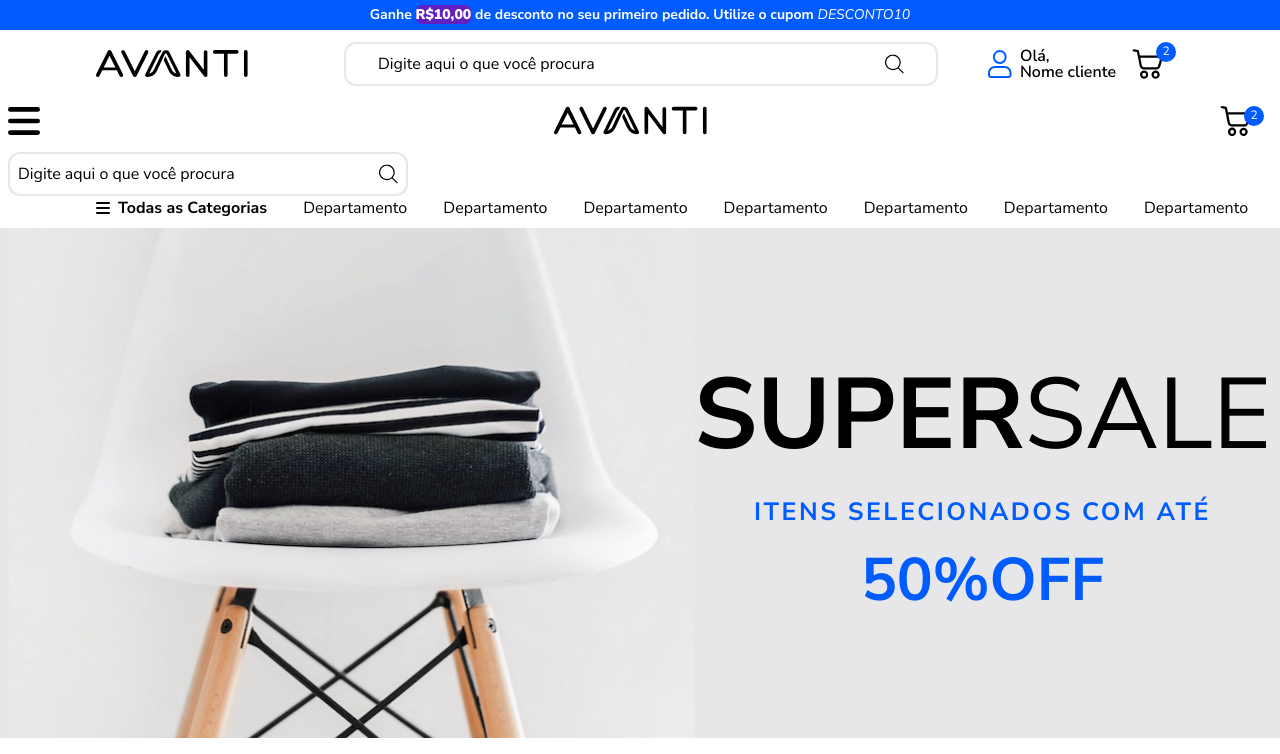
Repository: chidekina/avanti-01
Page: index.html
The author's editor kept a copy of each file at every save. The page is drawn from the files as they stood at one save, then again after the next save.
The browser window is 1280 px wide. The pictures show the part of the page from y = 0 to 754 px (the page is 4170 px tall before and 4080 px after).
A picture or video elsewhere on the page could not be fetched, so the positions and the page height are approximate.

Above is the page before, as saved 2025-04-15 14:39:18.

### index.html
<!DOCTYPE html>
<html lang="en">
  <head>
    <meta charset="UTF-8" />
    <meta name="viewport" content="width=device-width, initial-scale=1.0" />
    <script src="https://cdn.jsdelivr.net/npm/@tailwindcss/browser@4"></script>
    <link rel="preconnect" href="https://fonts.googleapis.com" />
    <link rel="preconnect" href="https://fonts.gstatic.com" crossorigin />
    <link href="https://fonts.googleapis.com/css2?family=Nunito+Sans:ital,opsz,wght@0,6..12,200..1000;1,6..12,200..1000&family=Nunito:ital,wght@0,200..1000;1,200..1000&display=swap" rel="stylesheet" />
    <title>Avanti</title>
    <link rel="icon" type="image" href="./assets/avanti-icon.svg" />
    <link rel="stylesheet" href="style.css" />
    <link rel="stylesheet" href="https://cdn.jsdelivr.net/npm/swiper/swiper-bundle.min.css">
  </head>
  <body>
    <header class="mb-2">
      <h1 class="flex justify-center items-center bg-(--primary-color) text-white text-sm h-[30px] font-bold max-md:text-[12px] max-md:text-center max-md:px-6 max-md:h-[52px]">
        <span>
        Ganhe
        <b class=" bg-(--secondary-color) heigth-[16px] w-[64px] rounded-md">R$10,00</b>
        de desconto no seu primeiro pedido. Utilize o cupom
        <i class="font-normal">DESCONTO10</i>
        </span>
      </h1>
      <div class="mt-3 mb-5 px-24 flex justify-between w-full max-md:hidden">
        <div class="flex gap-24">
          <img src="./assets/logo.svg" alt="Avanti Logo" class="w-[152px]" />
            <div class="flex justify-between py-2 border-2 border-solid border-(--bg-color) px-8 rounded-xl cursor-text w-[594px]">
              <input type="text" placeholder="Digite aqui o que você procura" class="placeholder-black outline-none focus:placeholder-transparent w-1/2" />
              <img src="./assets/search.svg" />
            </div>
        </div>
        <div class="flex gap-4">
          <div class="flex gap-2 items-center">
            <img src="./assets/user.svg" alt="icone do usuario" class="w-[24px]" />
            <h6 class="leading-none font-semibold">
              Olá,<br />
              Nome cliente
            </h6>
          </div>
          <div class="flex">
            <img src="./assets/cart.svg" alt="imagem de um carrinho de compras" class="w-[32px]" />
            <div class="relative bg-(--primary-color) w-[20px] h-[20px] text-center text-white text-[12px] rounded-full right-2">2</div>
          </div>
        </div>
      </div>
      <div class="min-lg">
        <div class="flex justify-between my-4 mx-2">
          <img src="./assets/menu-hamburger.svg" alt="menu hamburguer" class="w-8">
          <img src="./assets/logo.svg" alt="logo da Avanti">
          <div class="flex">
            <img src="./assets/cart.svg" alt="imagem de um carrinho de compras" class="w-[32px]" />
            <div class="relative bg-(--primary-color) w-[20px] h-[20px] text-center text-white text-[12px] rounded-full right-2">2</div>
          </div>
        </div>
        <div class="flex justify-between py-2 border-2 border-solid border-(--bg-color) px-2 rounded-xl cursor-text w-100 mx-2">
          <input type="text" placeholder="Digite aqui o que você procura" class="placeholder-black outline-none focus:placeholder-transparent w-4/5" />
          <img src="./assets/search.svg" />
        </div>
      </div>
      <div class="flex px-24 w-full max-md:hidden">
        <ul class="flex gap-9" id="department-list">
          <li  id="menu-button">
          <a href="#">
            <div class="flex gap-2 w-max">
              <img src="./assets/menu-hamburger.svg" alt="menu hamburguer" />
              <h5 class="font-bold">Todas as Categorias</h5>
            </div>
          </a>
        </li>
        </ul>
      </div>
      <div class="flex mx-24 my-2 w-[1200px] h-[320px] bg-white rounded-md px-4 hidden" id="department-content">
       <div id="department-number">
        <div class="flex gap-20" id="department-content-list">
      </div>
      </div>
        <div class="flex flex-col relative left-146 my-2 w-[236px] justify-center bg-[url(/assets/mini-banner.svg)] bg-no-repeat mr-2 px-4 gap-4">
          <h1 class="text-[24px] text-white z-2">
            Confira os<br>
            Produtos<br>
            <b>Que<br>
            acabaram<br>
            De chegar<br></b>
          </h1>
          <a class=" flex justify-center items-center text-white font-bold border-1 z-2 rounded-lg w-[112px] text-[12px] h-[38px]">
            VER TODOS
          </a>
        </div>
      </div>
      <div class="flex mx-24 my-2 w-[1200px] h-[320px] bg-white rounded-md hidden" id="dropdown-content">
        <ul class="flex flex-col gap-2 bg-(--bg-lighter) overflow-y-scroll w-1/5 rounded-md px-4 py-2" id="categories-list">
        </ul>
        <div class="flex flex-col relative left- my-2 w-[236px] justify-center bg-[url(/assets/mini-banner.svg)] bg-no-repeat mr-2 px-4 gap-4">
          <h1 class="text-[24px] text-white z-2">
            Confira os<br>
            Produtos<br>
            <b>Que<br>
            acabaram<br>
            De chegar<br></b>
          </h1>
          <a class=" flex justify-center items-center text-white font-bold border-1 z-2 rounded-lg w-[112px] text-[12px] h-[38px]">
            VER TODOS
          </a>
        </div>
      </div>
    </header>
    <main>
      <section class="flex justify-center items-center w-full height-[510px] bg-(--bg-color) font-(--font-secondary)">
        <img src="./assets/chair.svg" alt="Foto de uma cadeira com roupas dobradas em cima" />
        <div class="flex flex-col gap-1 text-center">
          <h1 class="text-[100px]"><b>SUPER</b>SALE</h1>
          <h4 class="text-[25px] text-(--primary-color) font-bold tracking-widest">ITENS SELECIONADOS COM ATÉ</h4>
          <h4 class="text-[60px] text-(--primary-color) font-bold">50%OFF</h4>
        </div>
      </section>
<carousel-section></carousel-section>
      </section>
  <description-section></description-section>
  <section class="flex w-full bg-(--bg-light) px-[200px] py-[42px] font-(--font-secondary) my-[40px]">
    <div class="text-center text-(--text-color) w-1/2 mr-5">
      <h1 class="text-[30px] font-bold mb-10">
        Lorem ipsum
      </h1>
      <ul class="flex flex-col text-start gap-15">
        <li class="flex gap-6">
          <img src="./assets/pin.svg">
          <p>
            Aenean massa. Cum sociis natoque penatibus et magnis dis parturient montes, nascetur ridiculus mus. Donec quam felis, ultricies nec, pellentesque eu, pretium quis, sem.
          </p>
        </li>
        <li class="flex gap-6">
          <img src="./assets/pin.svg">
          <p>
            Aenean massa. Cum sociis natoque penatibus et magnis dis parturient montes, nascetur ridiculus mus. Donec quam felis, ultricies nec, pellentesque eu, pretium quis, sem.
          </p>
        </li>
        <li class="flex gap-6">
          <img src="./assets/pin.svg">
          <p>
            Aenean massa. Cum sociis natoque penatibus et magnis dis parturient montes, nascetur ridiculus mus. Donec quam felis, ultricies nec, pellentesque eu, pretium quis, sem.
          </p>
        </li>
      </ul>
    </div>
    <img src="./assets/banner.svg" alt="Foto da caneca da Avanti sobre uma tabua de vegetais" class="w-1/2">
  </section>
  <section>
  <description-section></description-section>
  <carousel-section></carousel-section>

  </section>
  <section>
    <img src="./assets/banner2.svg" alt="Foto da entrada da loja da Avanti" />
    <div class="absolute h-[126px] bg-(--primary-color) w-full bottom-[-3080px] text-white text-[30px] font-(--font-secondary)">
      <h1 class="flex justify-center h-full items-center">Entre em contato conosco e verifique a disponibilidade para sua região!</h1>
    </div>
  </section>
  <section class="flex flex-col my-[50px] gap-6 items-center">
    <h2 class="font-bold text-center text-[20px]">
      Cadastre-se na nossa <b class="text-(--primary-color)">newsletter</b>
    </h2>
    <div class="flex w-[1260px] h-[170px] items-center justify-center bg-(--bg-light) rounded-lg gap-6">
      <input type="text" placeholder="Digite seu nome" class="outline-none rounded-lg bg-white placeholder:text-black w-[260px] h-[48px] focus:placeholder-transparent pl-4"/>
      <input type="text" placeholder="Digite seu e-mail" class="outline-none rounded-lg bg-white placeholder:text-black w-[260px] h-[48px] focus:placeholder-transparent pl-4"/>
      <div class="flex gap-1">
      <input type="checkbox" />
      <h5 class="text-(--sub-text) text-[12px] font-bold">Estou de acordo com a <a href="#" class="underline">Política de Privacidade</a></h5>
    </div>
    </div>
  </section>
  <section class="text-center px-[200px] py-[64px] bg-(--bg-lighter)">
    <div class="flex justify-around mb-10">
    <div class="flex flex-col gap-5">
      <img src="./assets/logo.svg" alt="Logo Avanti" />
      <ul class="flex gap-5 justify-around items-center">
        <li>
          <a href="#">
            <img src="./assets/social-links/instagram.svg" alt="Logo do instagram" />
          </a>
        </li>
        <li>
          <a href="#">
            <img src="./assets/social-links/facebook.svg" alt="Logo do instagram" />
          </a>
        </li>
        <li>
          <a href="#">
            <img src="./assets/social-links/youtube.svg" alt="Logo do instagram" />
          </a>
        </li>
        <li>
          <a href="#">
            <img src="./assets/social-links/tiktok.svg" alt="Logo do instagram" />
          </a>
        </li>
      </ul>
    </div>
    <ul class="flex flex-col gap-4">
      <li class="font-bold">
        <a href="">
          Institucional
        </a>
      </li>
      <li>
        <a href="">
          Sobre Nós
        </a>
      </li>
      <li>
        <a href="">
          Nossas lojas
        </a>
      </li>
      <li>
        <a href="">
          Privacidade e Segurança
        </a>
      </li>
      <li>
        <a href="">
          Termos e condições
        </a>
      </li>
    </ul>
    <ul class="flex flex-col gap-4">
      <li class="font-bold">
        <a href="">
          Central de ajuda
        </a>
      </li>
      <li>
        <a href="">
          Fale Conosco
        </a>
      </li>
      <li>
        <a href="">
          Frete e Entrega
        </a>
      </li>
      <li>
        <a href="">
          Trocas e Devoluções
        </a>
      </li>
      <li>
        <a href="">
          Formas de Pagamento
        </a>
      </li>
      <li>
        <a href="">
          FAQ
        </a>
      </li>
    </ul>
    <ul class="flex flex-col gap-4">
      <li class="font-bold">
          Atendimento
      </li>
      <li>
         <b>Telefone:</b> (00) 1234-5678
      </li>
      <li>
        <b>E-mail:</b> exemplo@exemplo.com.br
      </li>
      <li>
        <b>Horário de atendimento:</b><br>
          Segunda a Sábado: 07h00 às 23h00<br>
          Domingos e Feriados:  07h00 às 21h00
      </li>
    </ul>
  </div>
<div>
<ul class="flex gap-10 justify-center">
  <li>
    <img src="./assets/payments/amex.svg" alt="Logo Amex" />
  </li>
  <li>
    <img src="./assets/payments/mastercard.svg" alt="Logo Mastercard" />
  </li>
  <li>
    <img src="./assets/payments/visa.svg" alt="Logo Visa" />
  </li>
  <li>
    <img src="./assets/payments/hipercard.svg" alt="Logo Hipercard" />
  </li>
  <li>
    <img src="./assets/payments/elo.svg" alt="Logo Elo" />
  </li>
  <li>
    <img src="./assets/payments/dinners.svg" alt="Logo Dinners" />
  </li>
  <li>
    <img src="./assets/payments/paypal.svg" alt="Logo Paypal" />
  </li>
  <li>
    <img src="./assets/payments/pix.svg" alt="Logo Pix" />
  </li>
  <li>
    <img src="./assets/payments/boleto.svg" alt="Logo Boleto" />
  </li>
</ul>
</div>
  </section>
    </main>
    <footer class="flex flex-col gap-5 my-10">
      <div class="flex flex-col text-center justify-center items-center">
        <p class="w-[1000px] text-[12px]">
          Lorem ipsum dolor sit amet, consectetuer adipiscing elit, sed diam nonummy nibh euismod tincidunt ut laoreet dolore magna aliquam erat volutpat. Ut wisi enim ad minim veniam, quis nostrud exerci tation ullamcorper suscipit lobortis nisl ut aliquip ex ea commodo consequat. Duis autem vel eum iriure dolor in hendrerit in vulputate velit esse molestie consequat, vel illum dolore eu feugiat nulla facilisis at vero eros et accumsan et iusto odio dignissim qui blandit praesent luptatum zzril delenit augue duis dolore te feugait nulla facilisi.
        </p>
      </div>
        <ul class="flex justify-center gap-10">
          <li>
            <img src="./assets/logos/encrypt-logo.svg" alt="Logo da Lets Encrypt">
          </li>
          <li>
            <img src="./assets/logos/vtex-pci-logo.svg" alt="Logo da VTEX e da PCI certified">
          </li>
          <li>
            <img src="./assets/logo.svg" alt="Logo da Avanti">
          </li>
          <li>
            <img src="./assets/logos/vtex-logo.svg" alt="Logo da VTEX">
          </li>
        </ul>
      </footer>
    <script src="https://cdn.jsdelivr.net/npm/swiper/swiper-bundle.min.js"></script>
    <script src="app.js"></script>
  </body>
</html>

### style.css
:root {
    font-family: "Nunito Sans", sans-serif;
    --primary-color: #005CFF;
    --secondary-color: #6220C1;
    --text-color: #4F4F4F;
    --bg-color: #E7E7EA;
    --bg-dark: #C2C2C2;
    --bg-light: #DEDEDE;
    --bg-lighter: #F5F5F5;
    --sub-text: #656565;
    --font-secondary: "Nunito", sans-serif;
}

html, body {
    margin: 0;
    padding: 0;
    width: 100%;
    height: 100%;
    box-sizing: border-box;
  }

#dropdown-content,
#department-content {
    position: absolute;
    z-index: 1;
    box-shadow: 0px 8px 16px 0px rgba(0,0,0,0.2);
}


#dropdown-content .bg-no-repeat::before,
#department-content .bg-no-repeat::before {
    content: '';
    position: absolute;
    top: 0;
    left: 0;
    width: 236px;
    height: 298px;
    background-image: url(/assets/black-filter.svg);
    z-index: 1;
}

#categories-list li:hover img,
#categories-list li.active img {
    content: url('./assets/arrow-active.svg');
    transform: scale(1.1);
}

.selected {
    color: var(--primary-color); /* Replace with your desired color */
    font-weight: bold;
}

#categories-list li.selected img {
    content: url('./assets/arrow-active.svg'); /* Replace with the active image path */
    transform: scale(1.1); /* Optional: Add a scaling effect */
}

.sublist.open {
    max-height: 500px; /* Adjust based on the expected height of the sublist */
}


.sublist {
    list-style: none;
    padding: 0;
    margin: 0;
}

### app.js
class Carousel extends HTMLElement {
    constructor() {
      super();
    }

    connectedCallback() {
      this.render();
      this.initSlides();
      this.initSwiper();
    }

    render() {
      this.innerHTML = `
        <section class="py-[80px] px-[150px]">
          <div>
            <div class="flex justify-between mb-4">
              <h3 class="font-bold text-[20px]">Lançamentos</h3>
              <h4>Ver mais</h4>
            </div>
            <div class="swiper">
              <div class="swiper-container">
                <ul class="swiper-wrapper" id="swiper-wrapper"></ul>
                <div class="swiper-button-next"></div>
                <div class="swiper-button-prev"></div>
                <div class="swiper-pagination"></div>
              </div>
            </div>
          </div>
        </section>
      `;
    }

    initSlides() {
      const swiperWrapper = this.querySelector("#swiper-wrapper");

      for (let i = 1; i <= 15; i++) {
        const slide = `
          <li class="swiper-slide border border-[#DDDDDD] py-1 px-1 rounded-md" style="min-width: 200px;">
            <div class="absolute">
              <h6 class="flex justify-center items-center bg-[#00264E] text-white text-[10px] w-[42px] h-[20px] rounded-sm">
                NOVO
              </h6>
            </div>
            <img src="./assets/model.svg" alt="Modelo ${i}" />
            <div class="mt-2">
              <h3 class="text-[#303030] text-[12px] mb-1 leading-none">
                Produto ${i} - Nome do Produto
              </h3>
            </div>
            <div class="flex gap-1">
              <div>
                <h4 class="text-[#303030] text-[10px] line-through leading-none">R$ 100,00</h4>
                <h4 class="text-[14px] font-bold tracking-tight">R$ 79,90</h4>
              </div>
              <div class="flex justify-center items-center bg-[#5EC0BE] text-white underline text-[8px] w-[52px] h-[16px] rounded-sm tracking-tight">
                10% OFF
              </div>
            </div>
            <h6 class="text-[10px]">Ou em até <b>10x de R$ 7,90</b></h6>
            <button class="w-full bg-[#00264E] text-white rounded-md text-[12px] h-[30px]">
              Comprar
            </button>
          </li>
        `;
        swiperWrapper.insertAdjacentHTML("beforeend", slide);
      }
    }

    initSwiper() {
      new Swiper(this.querySelector(".swiper-container"), {
        slidesPerView: 5,
        spaceBetween: 10,
        navigation: {
          nextEl: this.querySelector(".swiper-button-next"),
          prevEl: this.querySelector(".swiper-button-prev"),
        },
        pagination: {
          el: this.querySelector(".swiper-pagination"),
          clickable: true,
        },
      });
    }
  }

  customElements.define("carousel-section", Carousel);

class Description extends HTMLElement {
  connectedCallback() {
    this.innerHTML = `
     <section class="flex px-[200px] gap-5 items-center">
        <div class="flex bg-(--bg-dark) justify-center items-center">
            <img src="./assets/mug.svg" alt="Foto de uma caneca da Avanti" />
        </div>
        <div class="font-(--font-secondary) w-1/2">
            <h1 class="font-bold text-[30px]">
          Lorem Ipsum
            </h1>
            <p class="text-[12px]">
                Duis consectetur metus nec lacus auctor dignissim. Mauris vitae finibus dui. Mauris laoreet lacus ut eleifend viverra. Cras efficitur volutpat dui, in lobortis metus lacinia sit amet. Sed lacinia pharetra magna, vel pulvinar ligula hendrerit a. Maecenas fringilla porttitor tortor eget lacinia. Donec sollicitudin euismod orci, auctor fringilla magna consequat interdum. Fusce sagittis elit a libero commodo egestas efficitur id augue.<br></br>
                Duis consectetur metus nec lacus auctor dignissim. Mauris vitae finibus dui. Mauris laoreet lacus ut eleifend viverra. Cras efficitur volutpat dui, in lobortis metus lacinia sit amet. Sed lacinia pharetra magna, vel pulvinar ligula hendrerit a. Maecenas fringilla porttitor tortor eget lacinia. Donec sollicitudin euismod orci, auctor fringilla magna consequat interdum. Fusce sagittis elit a libero commodo egestas efficitur id augue.
            </p>
        </div>
        </section>
        `;
  }
};

customElements.define("description-section", Description);

const categories = document.getElementById('categories-list');
const dropdown = document.getElementById('dropdown-content');
const allCategories = document.getElementById('menu-button');
const depList = document.getElementById('department-list');
const depContent = document.getElementById('department-content');
const depContentList = document.getElementById('department-content-list');
const depNumber = document.getElementById('department-number');

for (let i = 1; i <= 7; i++) {
  const li = document.createElement('li');
  li.innerHTML = `
    <a href="#" id="dep-${i}" class="hover:font-bold hover:text-(--primary-color)"> Departamento </a>
  `;

  li.onclick = () => {
    const allItems = depList.querySelectorAll('li');
    allItems.forEach(item => item.classList.remove('selected'));

    dropdown.classList.add('hidden');

    generateDepartmentContent(i); // Generate content dynamically for the clicked department
  };

  depList.appendChild(li);
}

function generateDepartmentContent(departmentId) {
  const currentVisibleId = depContent.getAttribute('data-visible-id');
  if (currentVisibleId === departmentId.toString()) {
    depContent.classList.add('hidden');
    depContent.removeAttribute('data-visible-id');
    return;
  }

  depContent.setAttribute('data-visible-id', departmentId);
  depContent.classList.remove('hidden');

  depContentList.innerHTML = '';
  const depTitle = depNumber.querySelector('h2');
  if (depTitle) {
    depNumber.removeChild(depTitle);
  }

  const h2 = document.createElement('h2');
  h2.className = 'font-bold mt-4 mb-2';
  h2.textContent = `Departamento ${departmentId}`;
  depNumber.prepend(h2);

  for (let col = 1; col <= 3; col++) {
    const ul = document.createElement('ul');
    ul.className = 'flex flex-col gap-1 text-[14px]';

    for (let item = 1; item <= 8; item++) {
      const li = document.createElement('li');
      li.className = 'first:font-bold first:text-(--primary-color) hover:font-bold hover:text-(--primary-color)';
      li.textContent = 'Categoria';
      ul.appendChild(li);
    }

    depContentList.appendChild(ul);
  }
}

allCategories.onclick = () => {
  if (dropdown.classList.contains('hidden')) {
    dropdown.classList.remove('hidden');
    depContent.classList.add('hidden');
  } else {
    dropdown.classList.add('hidden');
  }
};

for (let i = 1; i <= 15; i++) {
  const li = document.createElement('li');
  li.id = i;
  li.className = 'flex justify-between hover:text-(--primary-color) hover:font-bold';
  li.innerHTML = `
    <p>Departamento</p>
    <img src="./assets/arrow.svg" alt="imagem de flecha" />
  `;

  li.addEventListener('click', () => {
    const allItems = categories.querySelectorAll('li');
    allItems.forEach(item => item.classList.remove('selected'));

    li.classList.add('selected');

    const existingSublist = dropdown.querySelector('.sublist-container');
    if (existingSublist) {
      dropdown.removeChild(existingSublist);
    }

    const sublistContainer = document.createElement('div');
    sublistContainer.className = 'flex relative gap-[100px] right-50 mt-4 sublist-container';

    // Create 3 lists
    for (let i = 1; i <= 3; i++) {
      const sublist = document.createElement('ul');
      sublist.className = 'flex flex-col gap-3 sublist text-(--sub-text)';

      for (let j = 1; j <= 8; j++) {
        const subItem = document.createElement('li');
        subItem.className = 'hover:text-(--primary-color) hover:font-bold first:text-(--primary-color) first:font-bold';
        subItem.textContent = `Categoria ${li.id}`;
        sublist.appendChild(subItem);
      }

      sublistContainer.appendChild(sublist);
    }

    dropdown.appendChild(sublistContainer);
  });

  categories.appendChild(li);
}

After the next save:
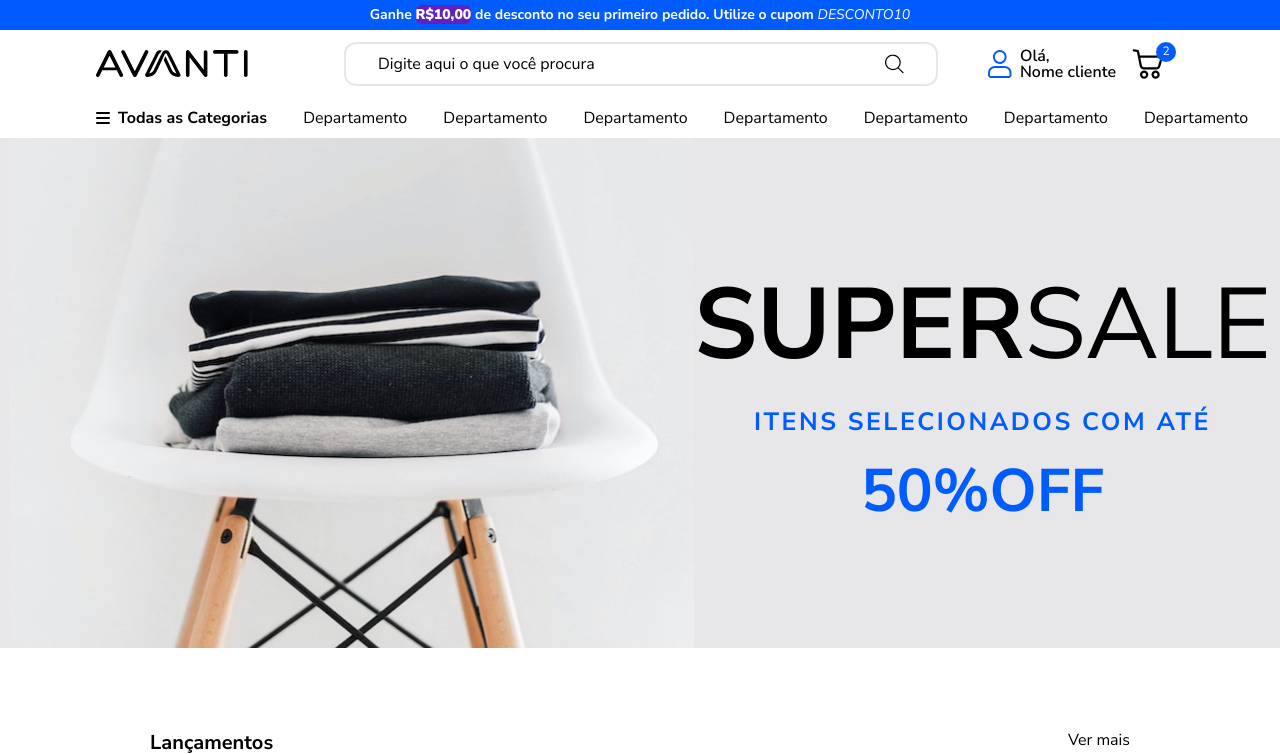
Saved 7 s later.
--- a/index.html
+++ b/index.html
@@ -44,7 +44,7 @@
           </div>
         </div>
       </div>
-      <div class="min-lg">
+      <div class="min-lg:hidden">
         <div class="flex justify-between my-4 mx-2">
           <img src="./assets/menu-hamburger.svg" alt="menu hamburguer" class="w-8">
           <img src="./assets/logo.svg" alt="logo da Avanti">
